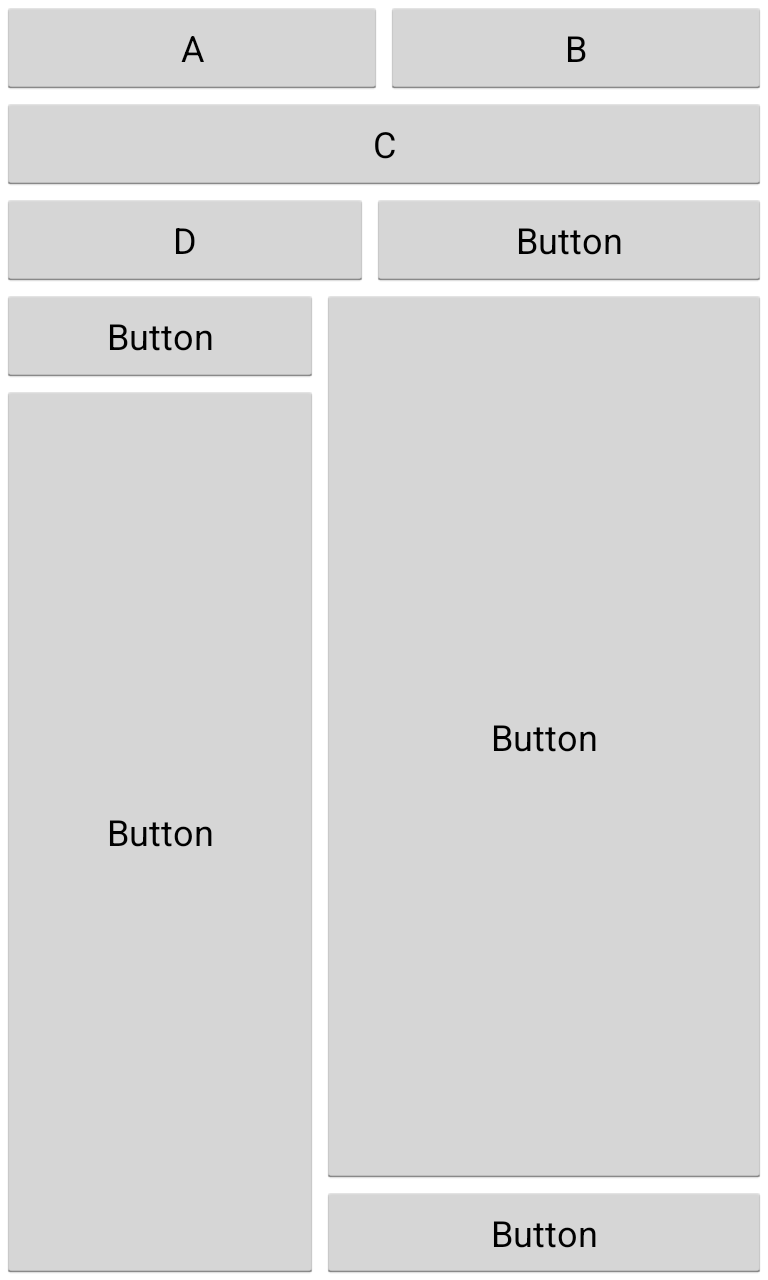
Repository: JaviInf/AndroidEjercicios
Layout: EjercicioLinearLayout/res/layout/activity_linear.xml
These files come from the project's save history. The layout is drawn as it stood at one moment and after the next save; the edit follows.
It is drawn on a 768 x 1280 px phone screen (xhdpi) without system bars, with theme AppTheme; the app's code is not run.

Above is the layout before, as saved 2014-05-07 07:07:21.

### EjercicioLinearLayout/res/layout/activity_linear.xml
<FrameLayout xmlns:android="http://schemas.android.com/apk/res/android"
    xmlns:tools="http://schemas.android.com/tools"
    android:id="@+id/container"
    android:layout_width="match_parent"
    android:layout_height="match_parent"
    tools:context="com.example.ejerciciolinearlayout.LinearActivity"
    tools:ignore="MergeRootFrame" >

    <LinearLayout
        android:layout_width="match_parent"
        android:layout_height="match_parent"
        android:orientation="vertical" >

        <LinearLayout
            android:layout_width="match_parent"
            android:layout_height="wrap_content" >

            <Button
                android:id="@+id/button1"
                android:layout_width="wrap_content"
                android:layout_height="wrap_content"
                android:layout_weight="1"
                android:text="@string/botonA" />

            <Button
                android:id="@+id/button2"
                android:layout_width="wrap_content"
                android:layout_height="wrap_content"
                android:layout_weight="1"
                android:text="@string/botonB" />
        </LinearLayout>

        <Button
            android:id="@+id/button3"
            android:layout_width="match_parent"
            android:layout_height="wrap_content"
            android:text="@string/botonC"  />

        <LinearLayout
            android:layout_width="match_parent"
            android:layout_height="wrap_content" >

            <Button
                android:id="@+id/button4"
                android:layout_width="wrap_content"
                android:layout_height="wrap_content"
                android:layout_weight="1"
                android:text="@string/botonD" />

            <Button
                android:id="@+id/button5"
                android:layout_width="wrap_content"
                android:layout_height="wrap_content"
                android:layout_weight="1"
                android:text="Button" />

        </LinearLayout>

        <LinearLayout
            android:layout_width="match_parent"
            android:layout_height="match_parent" >

            <LinearLayout
                android:layout_width="160dp"
                android:layout_height="match_parent"
                android:orientation="vertical" >

                <Button
                    android:id="@+id/button6"
                    android:layout_width="fill_parent"
                    android:layout_height="wrap_content"
                    android:text="Button" />

                <Button
                    android:id="@+id/button8"
                    android:layout_width="match_parent"
                    android:layout_height="match_parent"
                    android:text="Button" />

            </LinearLayout>

            <LinearLayout
                android:layout_width="match_parent"
                android:layout_height="match_parent"
                android:orientation="vertical" >

                <Button
                    android:id="@+id/button7"
                    android:layout_width="match_parent"
                    android:layout_height="match_parent"
                    android:layout_weight="100"
                    android:text="Button" />

                <Button
                    android:id="@+id/button9"
                    android:layout_width="match_parent"
                    android:layout_height="wrap_content"
                    android:layout_weight="1"
                    android:text="Button" />

            </LinearLayout>

        </LinearLayout>

    </LinearLayout>

</FrameLayout>

### EjercicioLinearLayout/res/values/strings.xml
<?xml version="1.0" encoding="utf-8"?>
<resources>

    <string name="app_name">EjercicioLinearLayout</string>
    <string name="hello_world">Hello world!</string>
    <string name="action_settings">Settings</string>
    <string name="botonA">A</string>
    <string name="botonB">B</string>
    <string name="botonC">C</string>
    <string name="botonD">D</string>
    <string name="botonE">E</string>
    <string name="botonF">F</string>
    <string name="botonG">G</string>
    <string name="botonH">H</string>
    <string name="botonI">I</string>


</resources>

Loaded but not shown: EjercicioLinearLayout/res/values/styles.xml (common file); EjercicioLinearLayout/res/values-v11/styles.xml (common file); EjercicioLinearLayout/res/values-v14/styles.xml (common file)

After the next save:
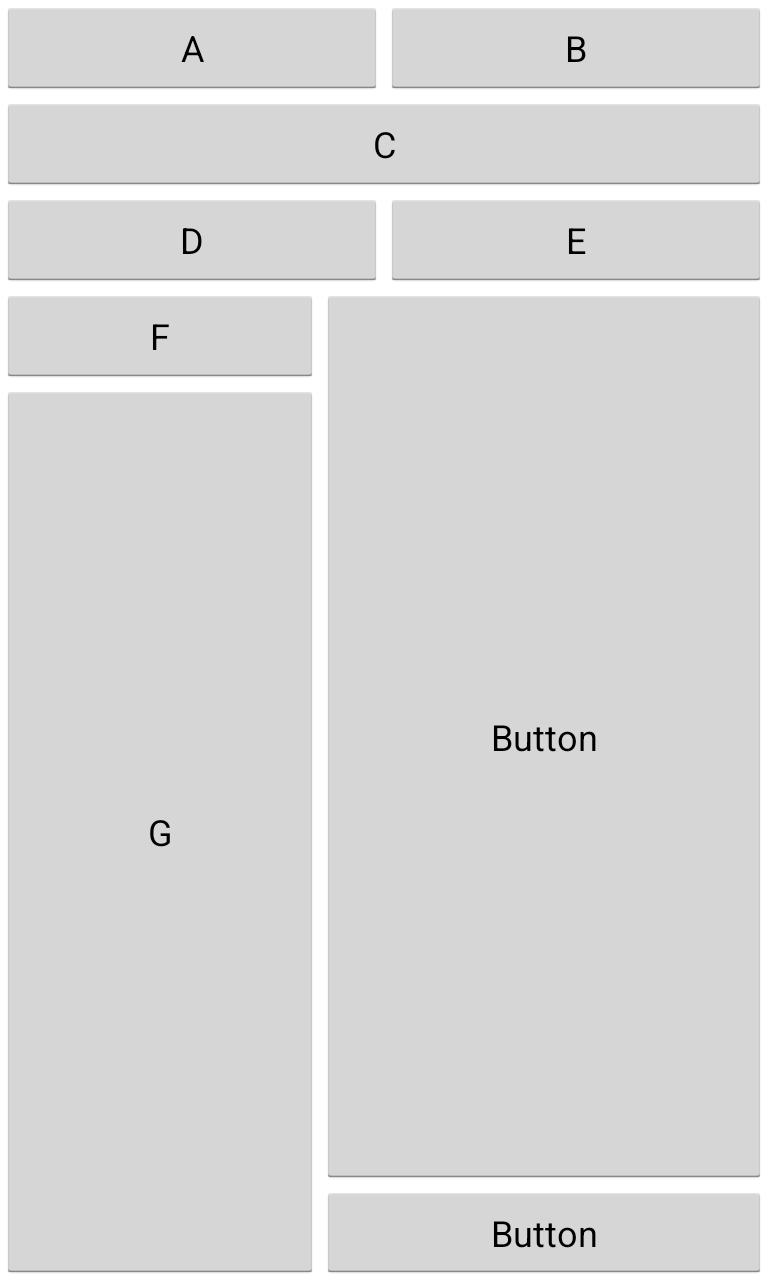
Saved 43 s later.
--- a/EjercicioLinearLayout/res/layout/activity_linear.xml
+++ b/EjercicioLinearLayout/res/layout/activity_linear.xml
@@ -52,7 +52,7 @@
                 android:layout_width="wrap_content"
                 android:layout_height="wrap_content"
                 android:layout_weight="1"
-                android:text="Button" />
+                android:text="@string/botonE"  />
 
         </LinearLayout>
 
@@ -69,13 +69,13 @@
                     android:id="@+id/button6"
                     android:layout_width="fill_parent"
                     android:layout_height="wrap_content"
-                    android:text="Button" />
+                    android:text="@string/botonF" />
 
                 <Button
                     android:id="@+id/button8"
                     android:layout_width="match_parent"
                     android:layout_height="match_parent"
-                    android:text="Button" />
+                    android:text="@string/botonG" />
 
             </LinearLayout>
 
